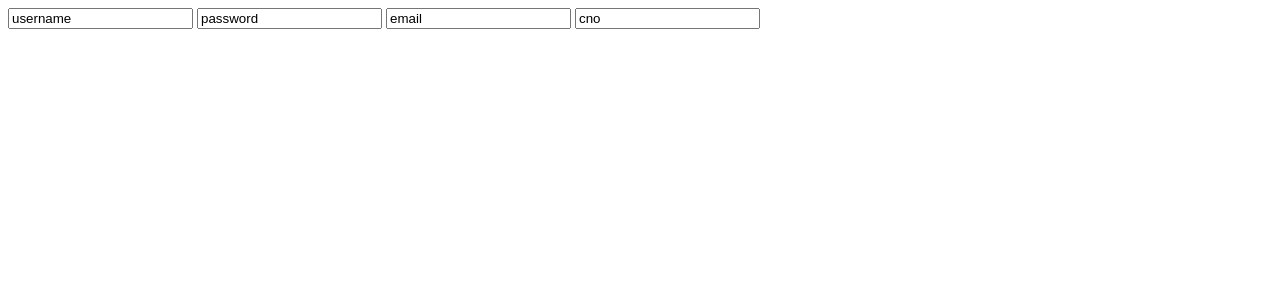
Repository: mihirhpanchal/Java-OnlineShopping
Page: http://localhost/shopping/jsp/register.jsp
These files come from the project's save history. The page is drawn as it stood at one moment and after the next save; the edit follows.
The browser window is 1280 px wide. The pictures show the whole page.
The page is served by Tomcat 9. Other server files are loaded and not shown.

Above is the page before, as saved 2019-11-20 09:09:57.

### backs/shopdir/shopping/src/main/webapp/jsp/register.jsp
<%@ page language="java" contentType="text/html; charset=ISO-8859-1"
    pageEncoding="ISO-8859-1"%>
<!DOCTYPE html PUBLIC "-//W3C//DTD HTML 4.01 Transitional//EN" "http://www.w3.org/TR/html4/loose.dtd">
<html>
<head>
<meta http-equiv="Content-Type" content="text/html; charset=ISO-8859-1">
<title>Insert title here</title>
</head>
<body>
	<form action="register.do" method="GET">
		<input type="text"	placeholder="username" value="username"/>
		<input type="text"	placeholder="password" value="password"/>
		<input type="text" value="email"/>
		<input type="text" value="cno"/>
	</form>
</body>
</html>

After the next save:
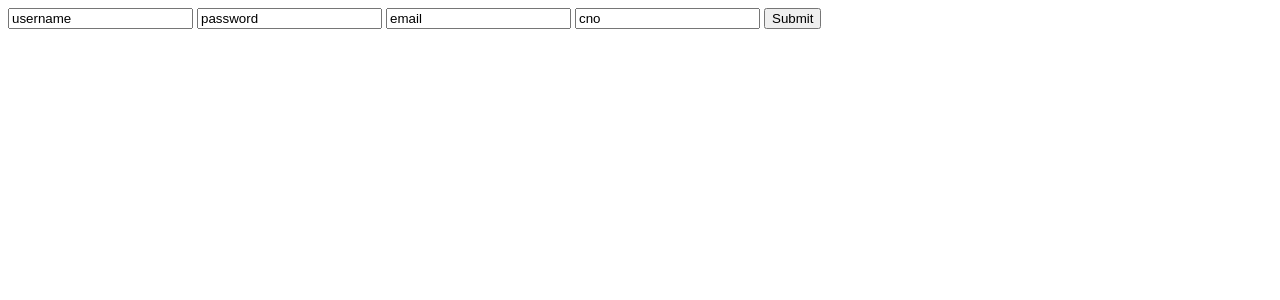
Saved 84 s later.
--- a/backs/shopdir/shopping/src/main/webapp/jsp/register.jsp
+++ b/backs/shopdir/shopping/src/main/webapp/jsp/register.jsp
@@ -12,6 +12,7 @@
 		<input type="text"	placeholder="password" value="password"/>
 		<input type="text" value="email"/>
 		<input type="text" value="cno"/>
+		<button value="submit">Submit</button>
 	</form>
 </body>
 </html>
